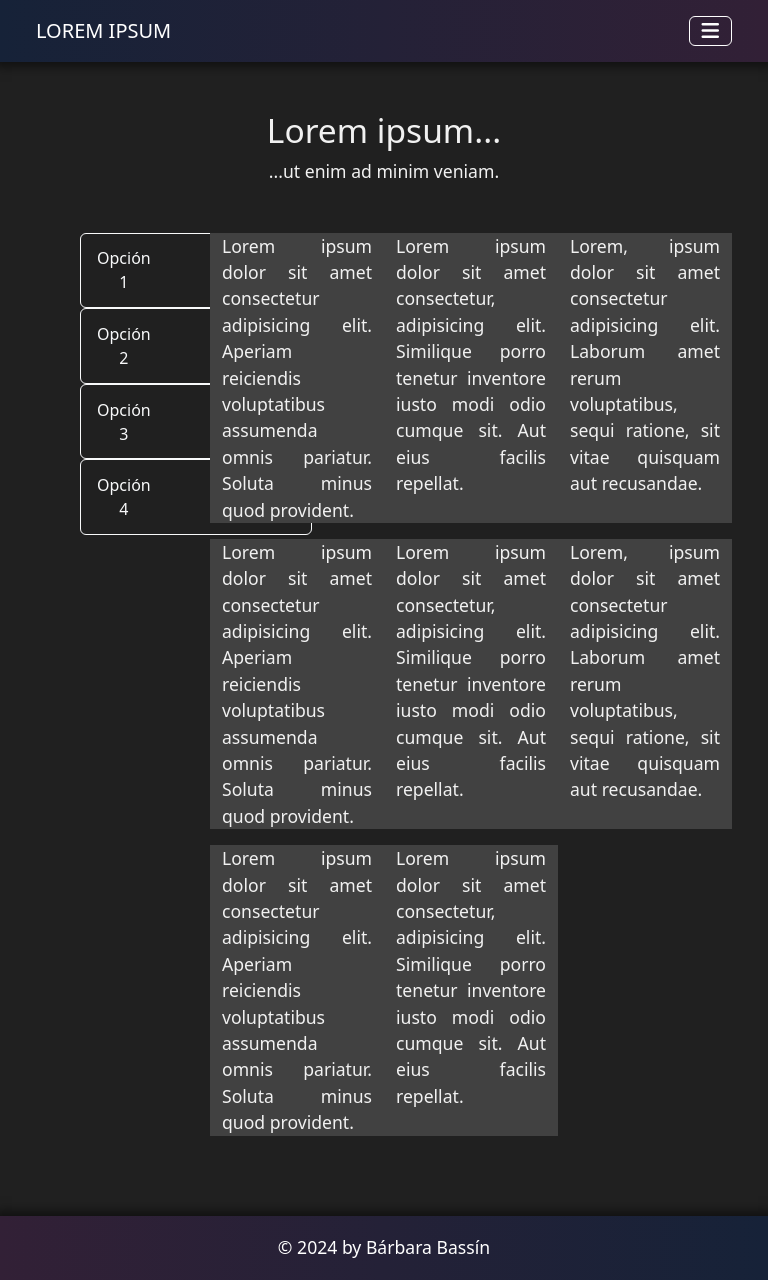
Repository: romancegirl/responsiveness
Page: index.html
These files come from the project's save history. The page is drawn as it stood at one moment and after the next save; the edit follows.
The browser window is 768 px wide. The pictures show the whole page.

Above is the page before, as saved 2024-11-29 20:24:16.

After the next save:
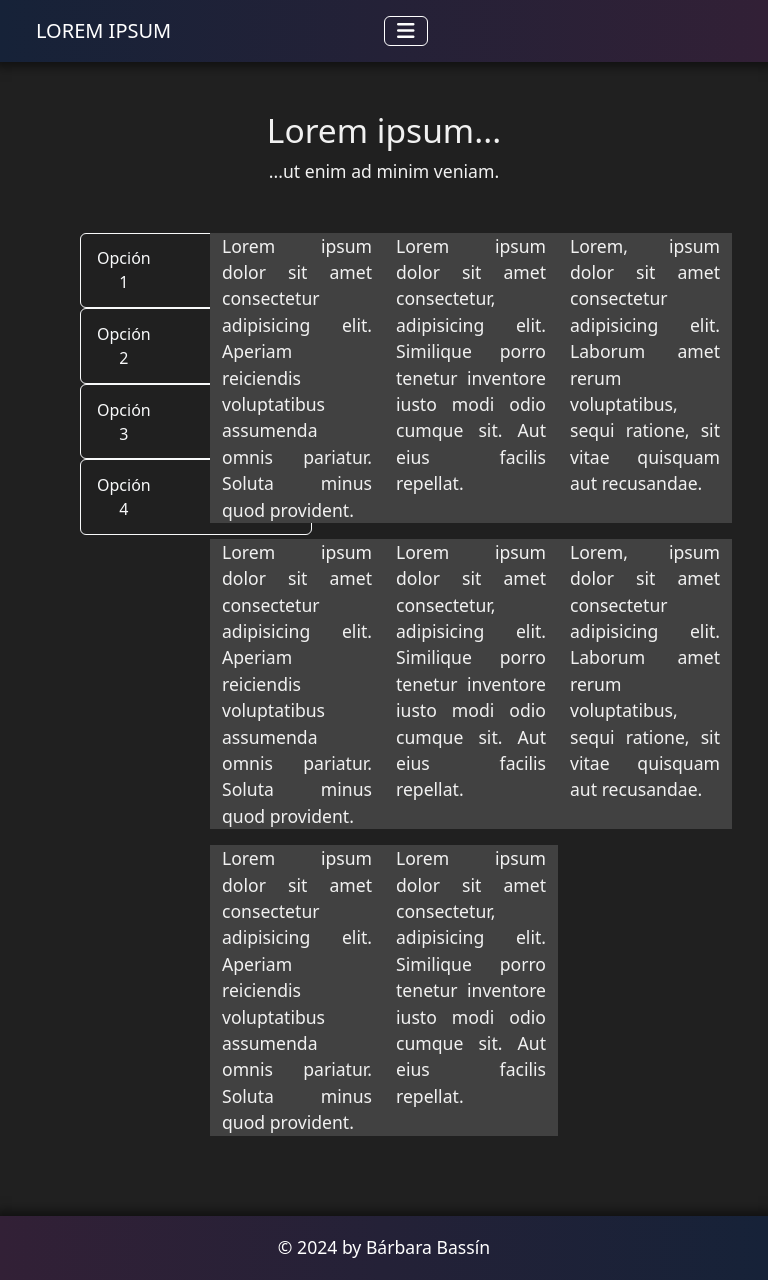
Saved 5 s later.
--- a/css/header-and-footer.css
+++ b/css/header-and-footer.css
@@ -96,7 +96,7 @@ a.nav-link:hover {
         display: flex;
     }
 
-navbar {
+.navbar {
     width: 50%;
 }
 
